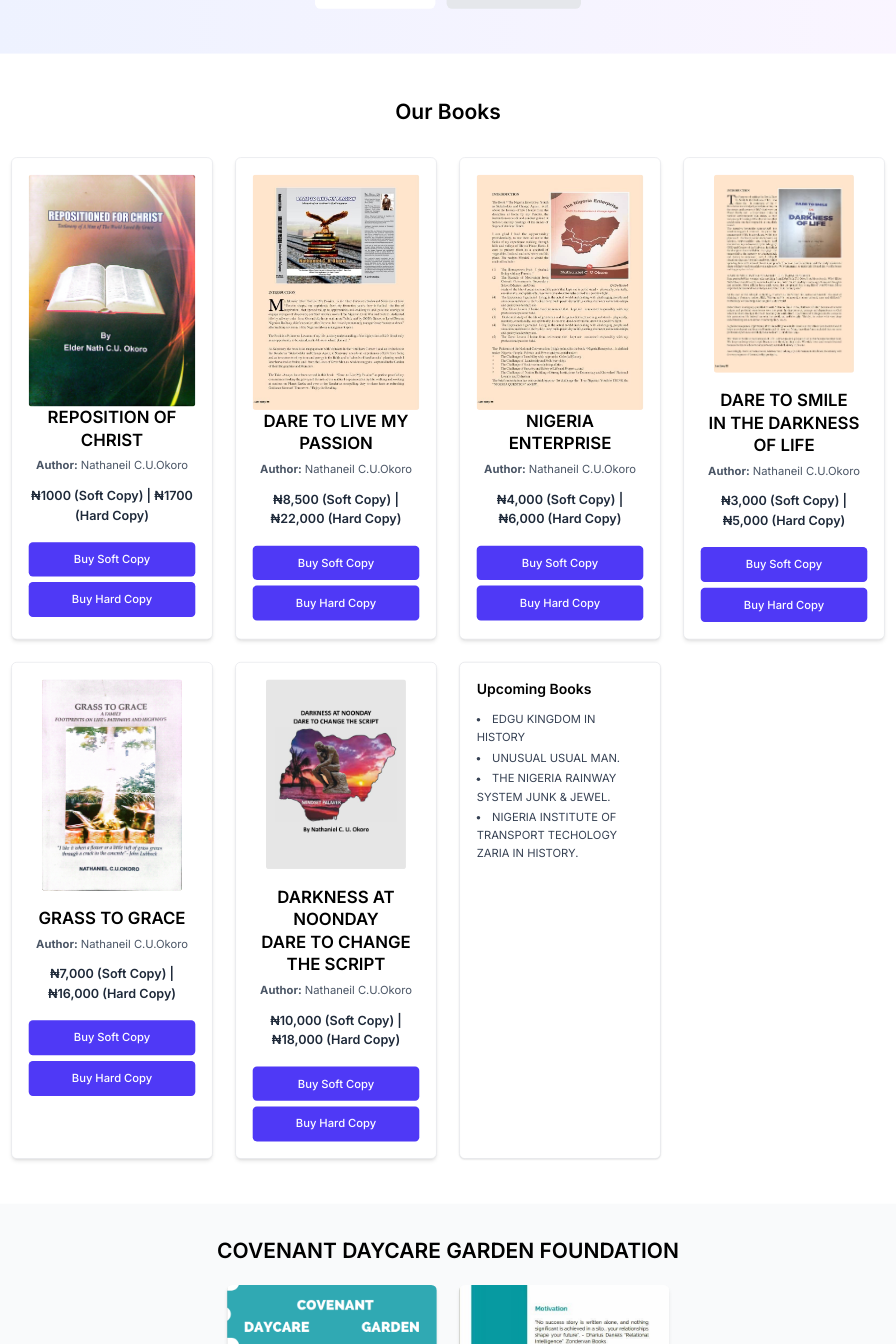
Repository: Rickyy1017/online-bookstore
Page: / (app in frontend/)
The author's editor kept a copy of each file at every save. The page is drawn from the files as they stood at one save, then again after the next save.
The browser window is 1280 px wide. The pictures show the part of the page from y = 371 to 2291 px (the page is 3588 px tall before and 3617 px after), at 70% of full size.
The project was rebuilt for these pictures with package versions that can differ from the ones it lists, and the page was loaded fresh each time. The framework's server and built-in components were replaced by stand-ins that run in the browser. Also part of the build but not shown: frontend/next.config.ts.

Above is the page before, as saved 2025-10-09 23:49:47.

After the next save:
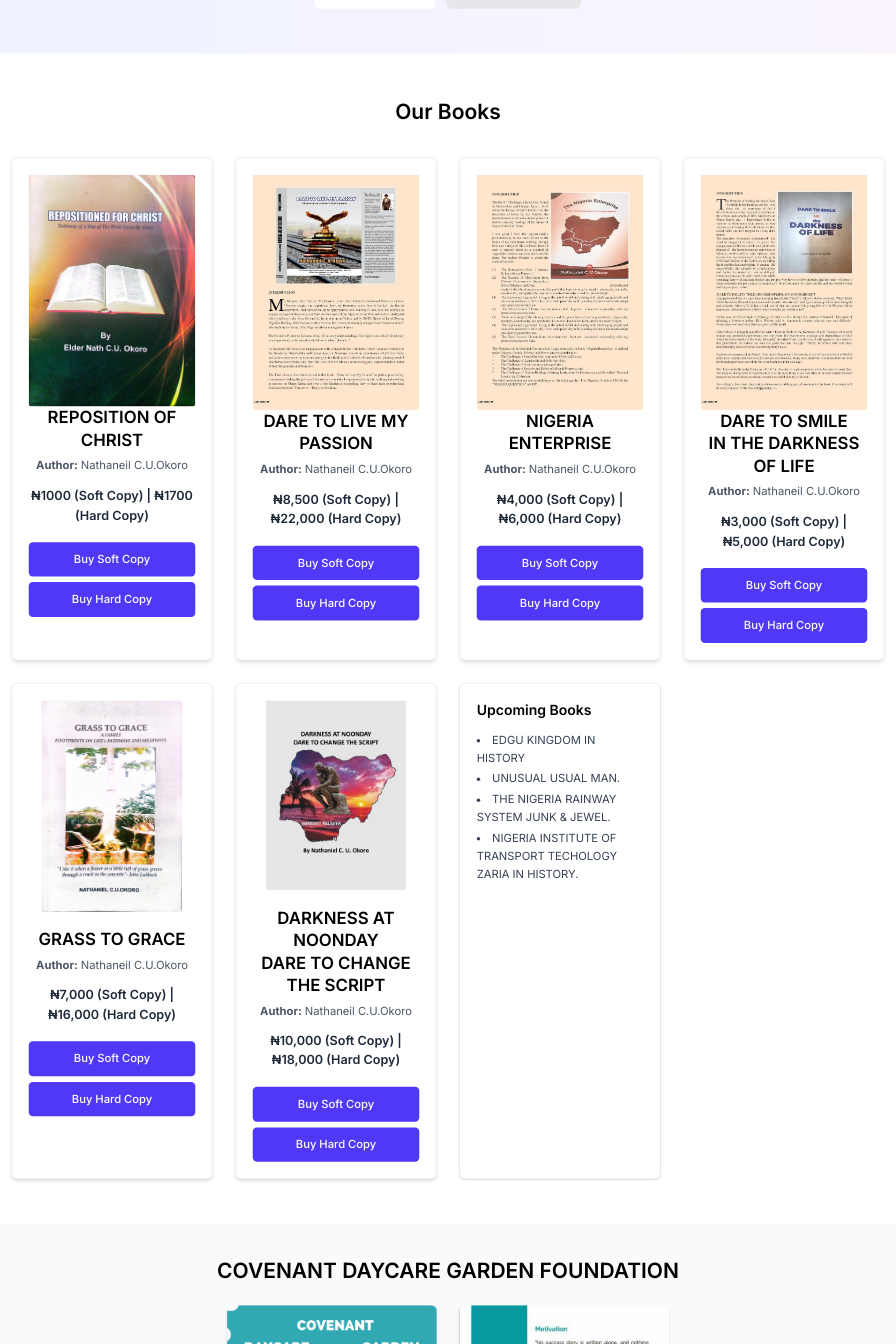
Saved 10 s later.
--- a/frontend/app/page.tsx
+++ b/frontend/app/page.tsx
@@ -112,7 +112,7 @@ export default function Page() {
         </div>
 
         <div className="bg-white border border-gray-200 rounded-lg p-6 shadow-md">
-          <Image src="/images/dare.jpg" alt="DARE TO SMILE IN THE DARKNESS OF LIFE" width={200} height={300} className="mx-auto mb-6 rounded" />
+          <Image src="/images/dare.jpg" alt="DARE TO SMILE IN THE DARKNESS OF LIFE" width={200} height={300} className="w-full rounded" />
           <h3 className="text-2xl font-bold text-gray-900 mb-2 text-center">DARE TO SMILE <br /> IN THE DARKNESS OF LIFE</h3>
           <p className="text-gray-600 text-center mb-4"><b>Author:</b> Nathaneil C.U.Okoro</p>
           <div className="text-center mb-6">
